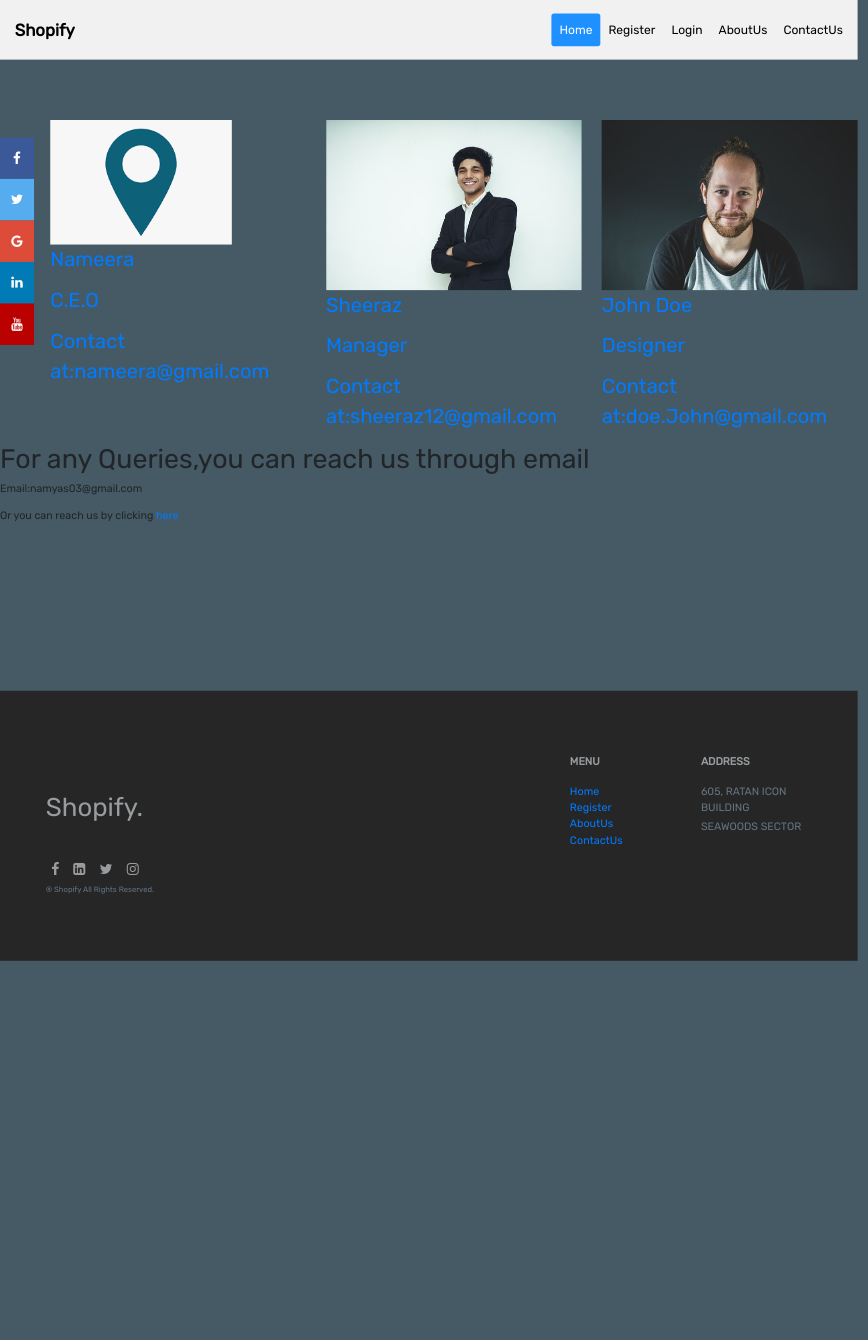
Repository: Yasmeen198/The_Project
Page: http://localhost/Shopify_Frontend/WEB-INF/views/contact.jsp
The author's editor kept a copy of each file at every save. The page is drawn from the files as they stood at one save, then again after the next save.
The browser window is 1280 px wide. The page is 1295 px wide, so the pictures cover 1295 px, including what lies to the right of the window. The pictures show the whole page, at 67% of full size.
Some web libraries are served in a nearby version. The page is served by Tomcat 9. Nobody is signed in. The template is opened directly, without the code that normally fills it, so the values that code supplies are empty.

Above is the page before, as saved 2021-05-23 11:53:25.

After the next save:
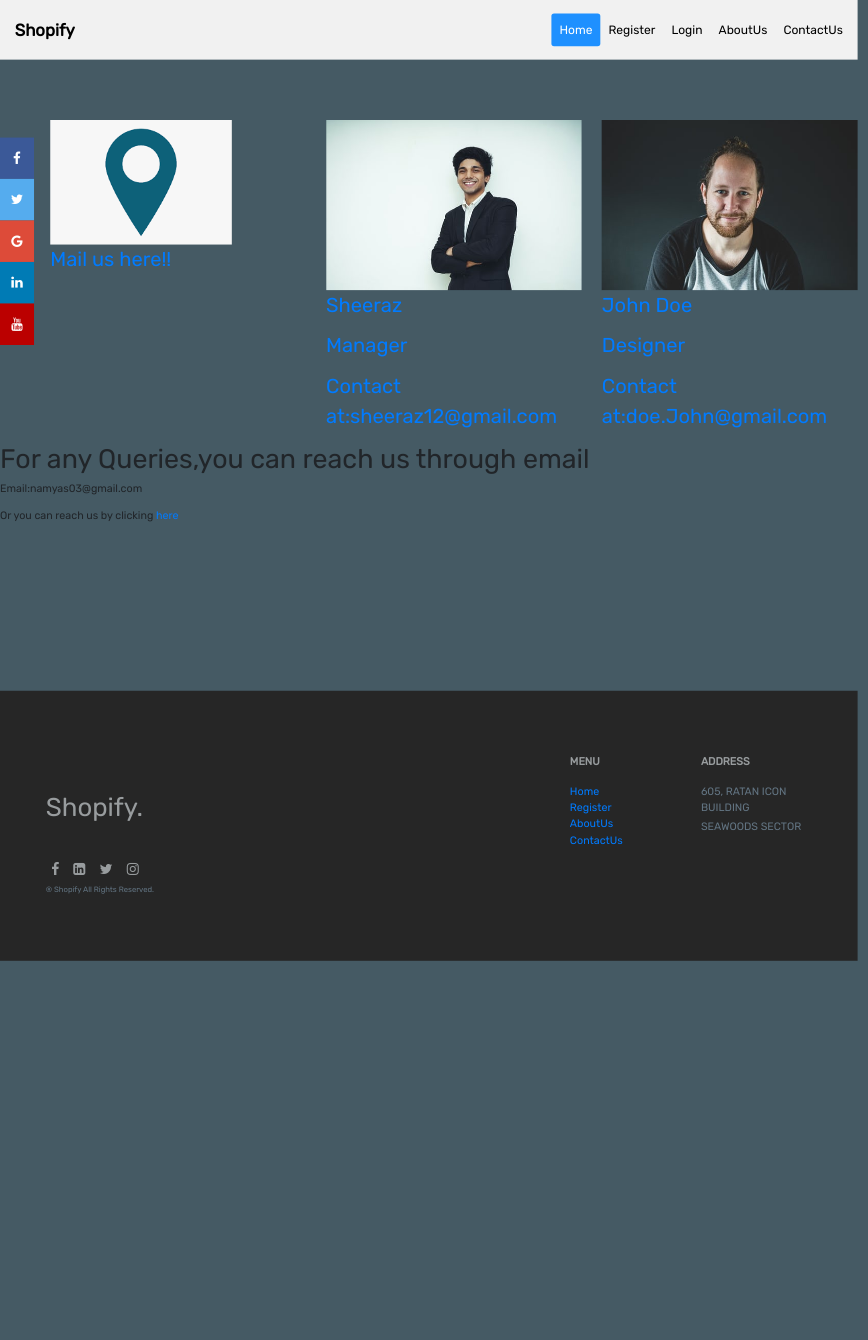
Saved 36 s later.
--- a/Shopify_Frontend/src/main/webapp/WEB-INF/views/contact.jsp
+++ b/Shopify_Frontend/src/main/webapp/WEB-INF/views/contact.jsp
@@ -75,9 +75,7 @@
       <div class="thumbnail">
           <a href="mailto:namyas03@gmail.com"><img alt="Mail" src="images/address.jpg"/>
           <div class="caption">
-             <p>Nameera</p>
-            <p>C.E.O</p>
-            <p>Contact at:nameera@gmail.com</p>
+             <p>Mail us here!!</p>
           </div>
         </a>
       </div>
